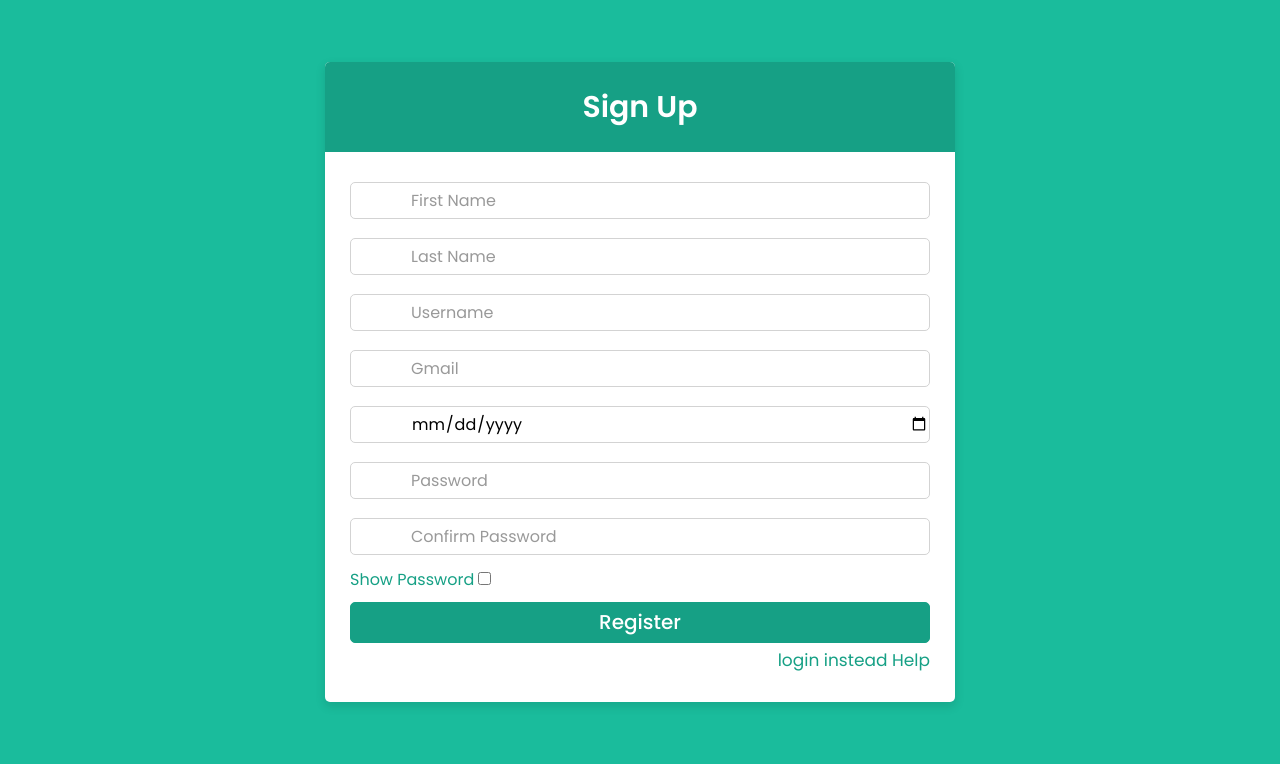
Repository: AOY311/DuckEdu
Page: test2.html
The author's editor kept a copy of each file at every save. The page is drawn from the files as they stood at one save, then again after the next save.
The browser window is 1280 px wide. The pictures show the whole page.

Above is the page before, as saved 2021-10-28 09:51:01.
Console error: SyntaxError: missing ) after argument list

After the next save:
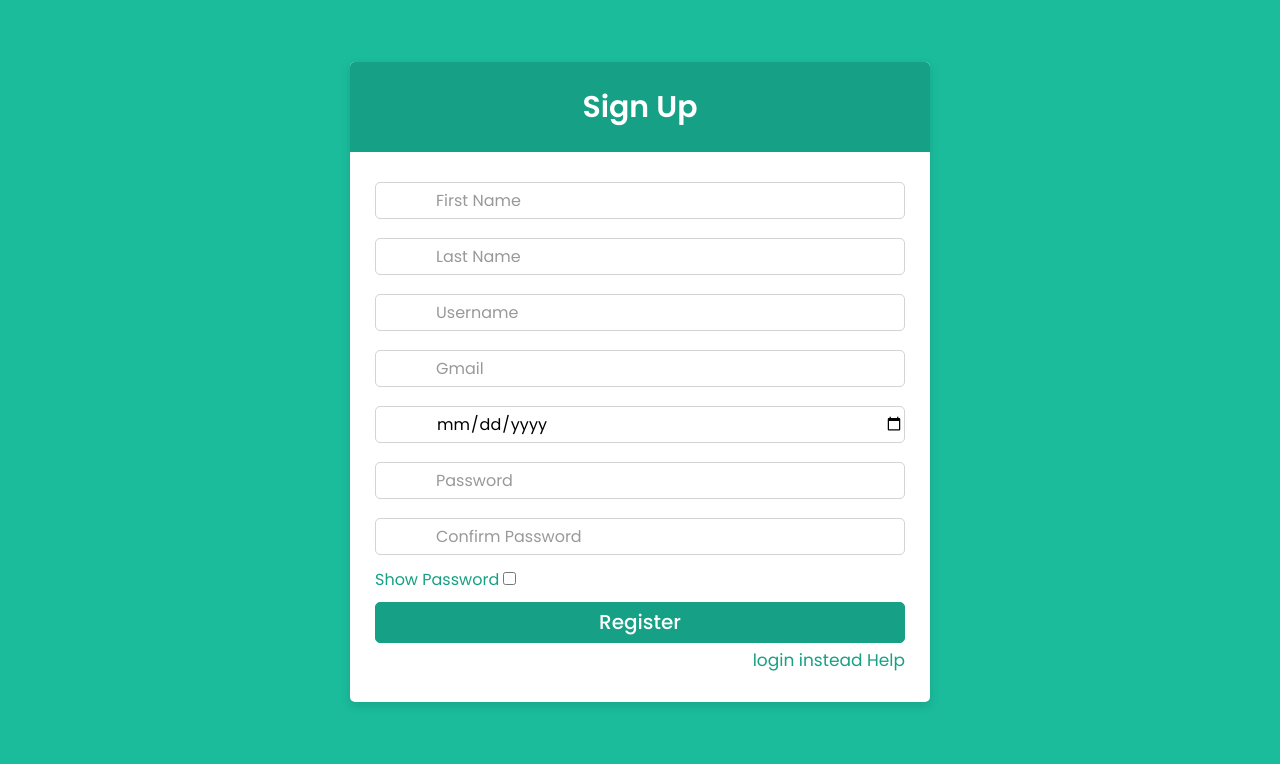
Saved 17 s later.
--- a/test2.html
+++ b/test2.html
@@ -26,7 +26,7 @@
         }
 
         .container {
-            max-width: 670px;
+            max-width: 620px;
             padding: 0 20px;
             margin: 62px auto;
         }
